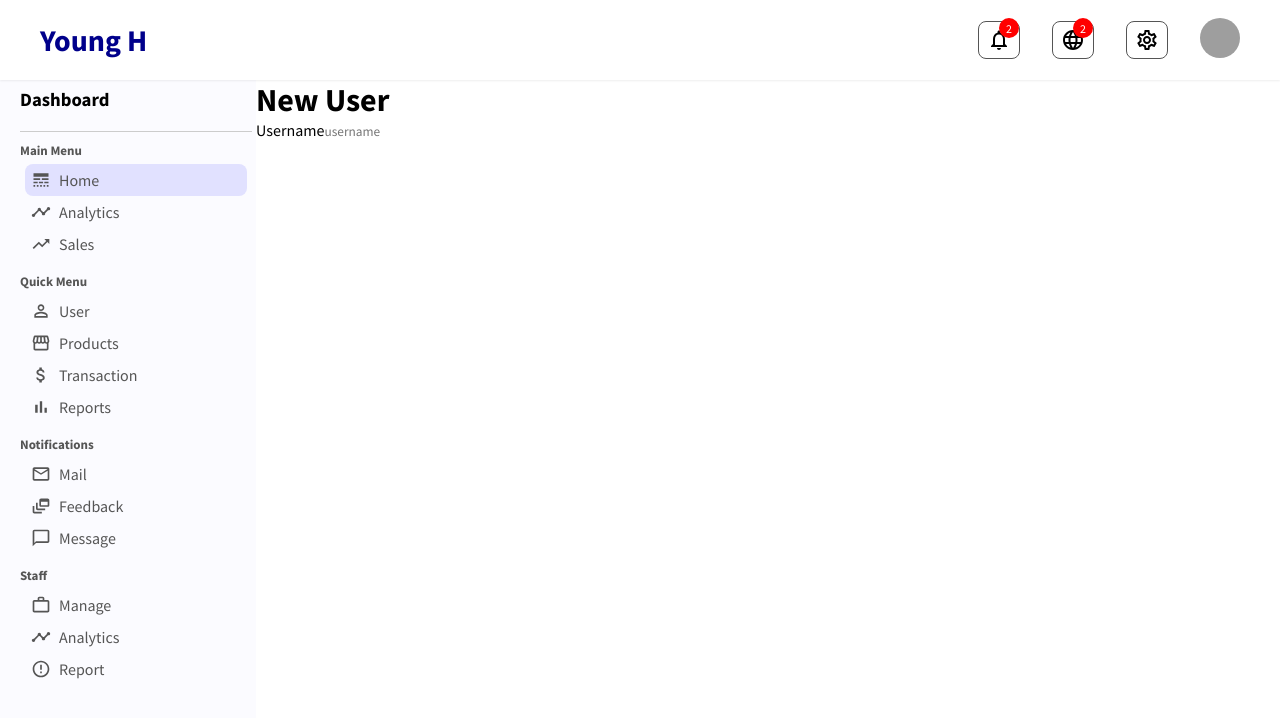
Repository: noname20011/admin
Page: /register
An editor plug-in stored every save of this project. The page is shown before and after a run of saves, followed by the edit.
The browser window is 1280 px wide. The pictures show the whole page.
Pictures or frames that could not be fetched are drawn as grey boxes. The project was rebuilt for these pictures with package versions that can differ from the ones it lists, and the page was loaded fresh each time. Also part of the build but not shown: src/pages/home/home.css, src/comopnents/featureInfo/feature.css, src/comopnents/featureInfo/Feature.jsx, src/comopnents/chart/chart.css, src/comopnents/chart/Chart.jsx, src/comopnents/widgetSm/widgetSm.css, src/comopnents/widgetSm/WidgetSm.jsx, src/comopnents/widgetLg/widgetLg.css and 7 more.

Above is the page before, as saved 2021-11-14 15:11:30.

### public/index.html
<!DOCTYPE html>
<html lang="en">
  <head>
    <meta charset="utf-8" />
    <meta name="viewport" content="width=device-width, initial-scale=1" />
    <meta name="theme-color" content="#000000" />
    <meta
      name="description"
      content="Web site created using create-react-app"
    />
    <!-- GOOGLE FONTS -->
    <link href="https://fonts.googleapis.com/css2?family=Source+Sans+Pro:wght@200;300;400;600;700;900&display=swap" rel="stylesheet">
    <style>
      * {
        font-family: 'Source Sans Pro', sans-serif;
        padding: 0;
        margin: 0;
      }
    </style>
    <title>React Admin App</title>
  </head>
  <body>
    <div id="root"></div>
  </body>
</html>

### src/App.js
import Topbar from "./comopnents/topbar/Topbar";
import Sidebar from "./comopnents/sidebar/Sidebar";
import Home from "./pages/home/Home.jsx"
import UserList from "./pages/userList/UserList";
import User from "./pages/user/User";
import NewUser from "./pages/newUser/NewUser";
import './app.css'

import {BrowserRouter as Router, Routes , Route} from "react-router-dom"
function App() {
  return (
    <div>
      <Router>
        <Topbar/>
        <div className="container">
          <Sidebar/>
          <Routes >
            <Route path="/" exact element={<Home/>}/>
            <Route path="/users" exact element={<UserList/>}/>
            <Route path="/user/:userId" exact element={<User/>}/>
            <Route path="/register" exact element={<NewUser/>}/>
          </Routes>
        </div>
      </Router>
    </div>
  );
}

export default App;

### src/comopnents/topbar/Topbar.jsx
import React from 'react'
import './topbar.css'

import { Language, NotificationsNone, SettingsOutlined  } from '@material-ui/icons'

export default function Topbar() {
    return (
        <div className="topbar">
            <div className="topbarWrapper">
                <div className="topLeft">
                    <div className="logo">Young H</div>
                </div>
                <div className="topRight">
                    <div className="topbarIconContainer">
                        <NotificationsNone/>
                        <div className="topIconsBadge">2</div>
                    </div>
                    <div className="topbarIconContainer">
                        <Language/>
                        <div className="topIconsBadge">2</div>
                    </div>
                    <div className="topbarIconContainer">
                        <SettingsOutlined/>
                    </div>
                    <div>
                        <img src="https://images.pexels.com/photos/1526814/pexels-photo-1526814.jpeg?auto=compress&cs=tinysrgb&dpr=2&w=500" alt="admin" className="topAvatar"/>
                    </div>
                </div>
            </div>
        </div>
    )
}

### src/comopnents/sidebar/Sidebar.jsx
import { AttachMoney, BarChart, ChatBubbleOutline, DynamicFeed, ErrorOutline, LineStyle, MailOutlined, PersonOutline, Storefront, Timeline, TrendingUp,  WorkOutlineOutlined } from '@material-ui/icons'
import React from 'react'
import "./sidebar.css"
export default function Sidebar() {
    return (
        <div className="sidebar">
            <div className="sidebarWrapper">
                <h3 className="sidebarTitle">Dashboard</h3>
                <div className="sidebarMenu">
                    <h4 className="sidebarMenuTitle">Main Menu</h4>
                    <ul className="sidebarLists">
                        <li className="sidebarListItem active">
                            <LineStyle className="sidebarIcon"/>
                            Home
                        </li>
                        <li className="sidebarListItem">
                            <Timeline className="sidebarIcon"/>
                            Analytics
                        </li>
                        <li className="sidebarListItem">
                            <TrendingUp className="sidebarIcon"/>
                            Sales
                        </li>
                    </ul>
                </div>
                <div className="sidebarMenu">
                    <h4 className="sidebarMenuTitle">Quick Menu</h4>
                    <ul className="sidebarLists">
                        <li className="sidebarListItem">
                            <PersonOutline className="sidebarIcon"/>
                            User
                        </li>
                        <li className="sidebarListItem">
                            <Storefront className="sidebarIcon"/>
                            Products
                        </li>
                        <li className="sidebarListItem">
                            <AttachMoney className="sidebarIcon"/>
                            Transaction
                        </li>
                        <li className="sidebarListItem">
                            <BarChart className="sidebarIcon"/>
                            Reports
                        </li>
                    </ul>
                </div>
                <div className="sidebarMenu">
                    <h4 className="sidebarMenuTitle">Notifications</h4>
                    <ul className="sidebarLists">
                        <li className="sidebarListItem">
                            <MailOutlined className="sidebarIcon"/>
                            Mail
                        </li>
                        <li className="sidebarListItem">
                            <DynamicFeed className="sidebarIcon"/>
                            Feedback
                        </li>
                        <li className="sidebarListItem">
                            <ChatBubbleOutline className="sidebarIcon"/>
                            Message
                        </li>
                    </ul>
                </div>
                <div className="sidebarMenu">
                    <h4 className="sidebarMenuTitle">Staff</h4>
                    <ul className="sidebarLists">
                        <li className="sidebarListItem">
                            <WorkOutlineOutlined className="sidebarIcon"/>
                            Manage
                        </li>
                        <li className="sidebarListItem">
                            <Timeline className="sidebarIcon"/>
                            Analytics
                        </li>
                        <li className="sidebarListItem">
                            <ErrorOutline className="sidebarIcon"/>
                            Report
                        </li>
                    </ul>
                </div>
            </div>
        </div>
    )
}

### src/pages/newUser/NewUser.jsx
import "./newUser.css"

export default function NewUser() {
    return (
        <div className="newUser">
            <h1 className="newUserTitle">New User</h1>
            <div className="newUserContainer">
                <form action="" className="newUserForm">
                    <div className="newUserItem">
                        <label>Username</label>
                        <input type="text" className="newUserInput" placeholder="username"/>
                    </div>
                </form>
            </div>
        </div>
    )
}

### src/app.css
ul, li {
    list-style: none;
}

a {
    text-decoration: none;
}

.container {
    display: flex;
}

.other {
    flex: 4;
}

button, input {
    border: none;
    outline: none;
}

### src/comopnents/topbar/topbar.css
.topbar {
    width: 100%;
    height: 80px;
    background: #fff;
    box-shadow: 0 .5px 2px rgba(0, 0, 0, 0.07);

    position: sticky;
    top: 0;
    z-index: 1000;
}

.topbarWrapper {
    height: 100%;
    padding: 0 40px;
    display: flex;
    justify-content: space-between;
    align-items: center;
}

.logo {
    font-weight: bold;
    font-size: 30px;
    color: darkblue;
    cursor: pointer;
}

.topRight {
    display: flex;
    align-items: center;
    column-gap: 2rem;
}
.topbarIconContainer {
    position: relative;
    cursor: pointer;
    width: 40px;
    height: 36px;
    border: 1px solid #555;
    border-radius: .5rem;
    display: flex;
    align-items: center;
    justify-content: center;
}

.topbarIconContainer:hover {
    background-color: rgb(248, 246, 246);
}

.topIconsBadge {
    font-size: 12px;
    position: absolute;
    top: -4px;
    right: 0px;

    width: 20px;
    height: 20px;
    background-color: red;
    color: #fff;
    border-radius: 50%;

    display: flex;
    place-content: center;
    place-items: center;
}

.topAvatar {
    width: 40px;
    height: 40px;
    object-fit: cover;
    border-radius: 50%;
    cursor: pointer;
}

### src/comopnents/sidebar/sidebar.css
.sidebar {
    flex: 1;
    background-color: rgb(251, 251, 255);
    position: sticky;
    top: 80px;
    height: calc(100vh - 80px);
}

.sidebarWrapper {
    padding: 8px 4px 0 20px;
}

.sidebarTitle {
    padding-bottom: 20px;
    margin-bottom: 10px;
    border-bottom: 1px solid #ccc;
}

.sidebarMenu {
    margin-bottom: 8px;
}

.sidebarMenuTitle {
    color: #555;
    font-size: 13px;
}

.sidebarLists {
    padding: 5px;
}

.sidebarListItem {
    display: flex;
    align-items: center;
    column-gap: .5rem;

    padding: 6px;
    color: #555;
    cursor: pointer;
    border-radius: .5rem;
}

.sidebarListItem.active,
.sidebarListItem:hover {
    background-color: rgb(225, 225, 255);
}

.sidebarIcon {
    font-size: 20px!important;
}

### src/pages/newUser/newUser.css
.newUser {
    flex: 4;
}

Loaded but not shown: src/index.js (common file)

After the next 2 saves:
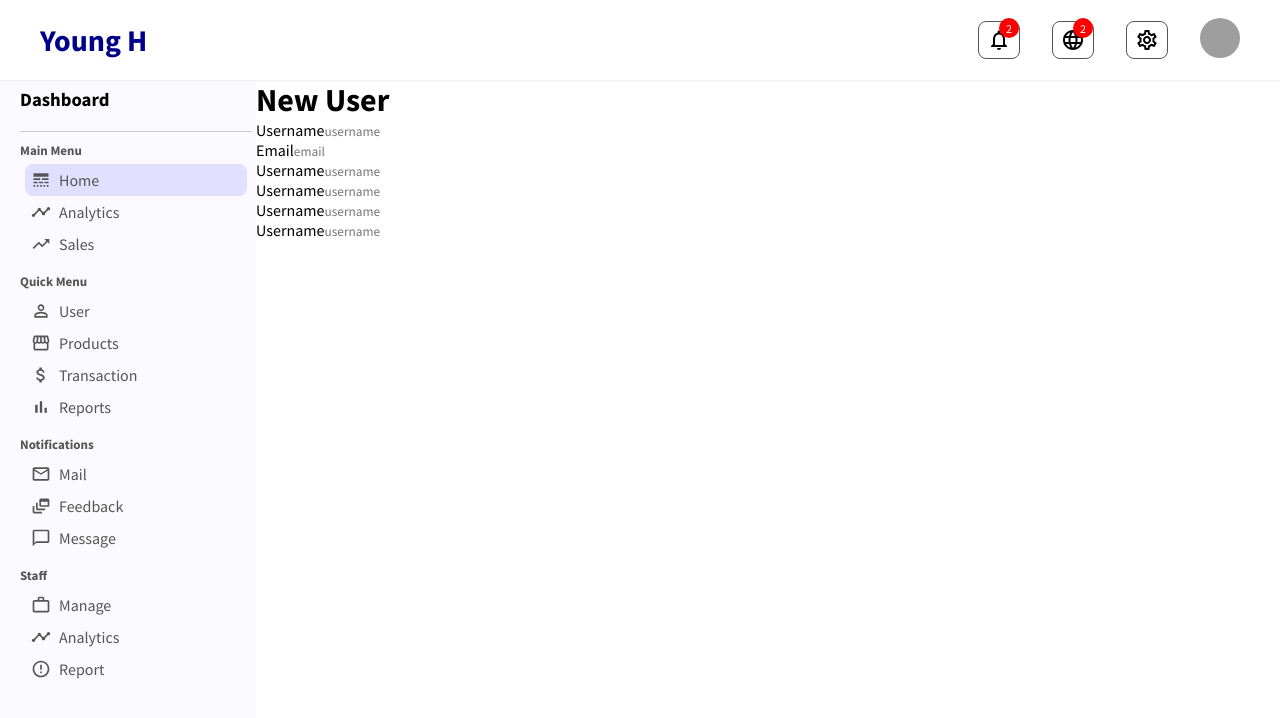
The 2 saves are shown as one change because they came seconds apart.
The last was saved 46 s later.
--- a/src/pages/newUser/NewUser.jsx
+++ b/src/pages/newUser/NewUser.jsx
@@ -10,6 +10,26 @@ export default function NewUser() {
                         <label>Username</label>
                         <input type="text" className="newUserInput" placeholder="username"/>
                     </div>
+                    <div className="newUserItem">
+                        <label>Email</label>
+                        <input type="text" className="newUserInput" placeholder="email"/>
+                    </div>
+                    <div className="newUserItem">
+                        <label>Username</label>
+                        <input type="text" className="newUserInput" placeholder="username"/>
+                    </div>
+                    <div className="newUserItem">
+                        <label>Username</label>
+                        <input type="text" className="newUserInput" placeholder="username"/>
+                    </div>
+                    <div className="newUserItem">
+                        <label>Username</label>
+                        <input type="text" className="newUserInput" placeholder="username"/>
+                    </div>
+                    <div className="newUserItem">
+                        <label>Username</label>
+                        <input type="text" className="newUserInput" placeholder="username"/>
+                    </div>
                 </form>
             </div>
         </div>
